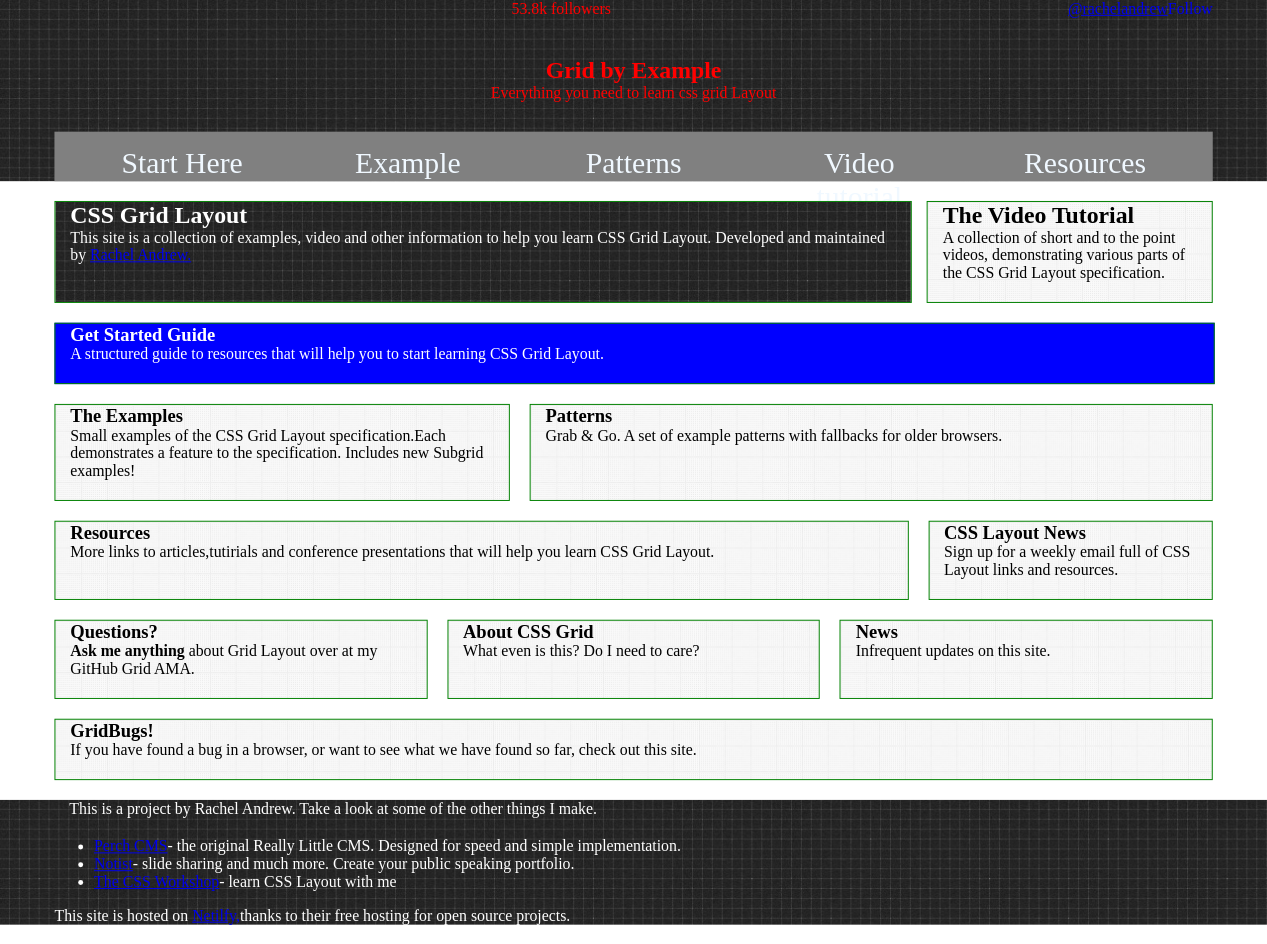
Repository: sitikhusushan/grid
Page: index.html
The author's editor kept a copy of each file at every save. The page is drawn from the files as they stood at one save, then again after the next save.
The browser window is 1280 px wide. The pictures show the whole page, at 99% of full size.

Above is the page before, as saved 2020-05-13 18:38:53.

### index.html
<!DOCTYPE html>
<html lang="en">
  <head>
    <meta charset="UTF-8" />
    <meta name="viewport" content="width=device-width, initial-scale=1.0" />
    <title>Grid View</title>
    <link rel="stylesheet" href="style.css" />
  </head>
  <body>
    <header>
    <div class="header">
      <div class="container">
        <div class="balance">
          <div class="social">
            <a href="#"><i class="fab fa-twitter"></i>
            <span> Follow <a href="#">@rachelandrew</a>
           53.8k followers</span>
          </a>
          </div>
          <div class="top">
        <h2>Grid by Example</h2>
        <p>Everything you need to learn css grid Layout</p>
        </div>
        </div>
        <ul>
          <li>Start Here</li>
          <li>Example</li>
          <li>Patterns</li>
          <li>Video tutorial</li>
          <li>Resources</li>
        </ul>
      </div>
    </div>
    </header>
    <div class="layout">
      <div class="container">
        <div class="layouts">
        <div class="left">
          <h2>CSS Grid Layout</h2>
          <p>
            This site is a collection of examples, video and other information
            to help you learn CSS Grid Layout. Developed and maintained by
            <a href="#">Rachel Andrew.</a>
          </p>
        </div>
        <div class="right">
          <h2>The Video Tutorial</h2>
          <p>
            A collection of short and to the point videos, demonstrating various
            parts of the CSS Grid Layout specification.
          </p>
        </div>
      </div>
    </div>
    </div>
    <div class="guide ">
      <div class="container">
        <div class="guides">
        <h3>Get Started Guide</h3>
        <p>
          A structured guide to resources that will help you to start learning
          CSS Grid Layout.
        </p>
      </div>
      </div>
    </div>
    <div class="new">
      <div class="container">
        <div class="news">
        <div class="left">
          <h3>The Examples</h3>
          <p>
            Small examples of the CSS Grid Layout specification.Each
            demonstrates a feature to the specification. Includes new Subgrid
            examples!
          </p>
        </div>
        <div class="right">
          <h3>Patterns</h3>
          <p>
            Grab & Go. A set of example patterns with fallbacks for older
            browsers.
          </p>
        </div>
      </div>
    </div>
    </div>
    <div class="resources">
      <div class="container">
        <div class="rs">
        <div class="left">
          <h3>Resources</h3>
          <p>
            More links to articles,tutirials and conference presentations that
            will help you learn CSS Grid Layout.
          </p>
        </div>
        <div class="right">
          <h3>CSS Layout News</h3>
          <p>
            Sign up for a weekly email full of CSS Layout links and resources.
          </p>
        </div>
      </div>
    </div>
    </div>
    <div class="question">
      <div class="container">
        <div class="qs">
        <div class="left">
          <h3>Questions?</h3>
          <p>
            <b>Ask me anything</b> about Grid Layout over at my GitHub Grid AMA.
          </p>
        </div>
        <div class="middle">
          <h3>About CSS Grid</h3>
          <p>What even is this? Do I need to care?</p>
        </div>
        <div class="right">
          <h3>News</h3>
          <p>Infrequent updates on this site.</p>
        </div>
      </div>
      </div>
    </div>
    <div class="bugs">
      <div class="container">
        <div class="bug">
        <h3>GridBugs!</h3>
        <p>
          If you have found a bug in a browser, or want to see what we have
          found so far, check out this site.
        </p>
      </div>
    </div>
    </div>
  <footer>
    <div class="foo">
      <div class="container">
      <p>This is a project by Rachel Andrew. Take a look at some of the other things I make.
        <ul>
          <li><a href="#">Perch CMS</a>- the original Really Little CMS. Designed for speed and simple implementation.</li>
          <li><a href="#">Notist</a>- slide sharing and much more. Create your public speaking portfolio.</li>
          <li><a href="#">The CSS Workshop</a>- learn CSS Layout with me</li>
        </ul>
        This site is hosted on <a href="#">Netilfy,</a>thanks to their free hosting for open source projects.
      </p>
      </div>
    </div>
  </footer>
  </body>
</html>

### style.css
body {
  padding: 0px;
  margin: 0px;
}

.container {
  width: 1170px;
  margin-left: auto;
  margin-right: auto;
  max-width: 100%;
  padding-left: 15px;
  padding-right: 15px;
}

/* .social {
  float: right;
  margin-bottom: 50px;
} */

img {
  width: 15px;
  height: 15px;
  margin: 0px;
  padding: 0px;
}

.social p {
  border-radius: 5px;
  border: salmon 1px solid;
  background-color: whitesmoke;
}

/* * {
  -webkit-box-sizing: border-box;
  -moz-box-sizing: border-box;
  box-sizing: border-box;
} */

.header {
  background-image: url("image/inflicted.png");
  color: aliceblue;
}

.balance {
  text-align: center;
  color: red;
}

/* .top {
  position: initial;
  top: 50%;
  left: 50%;
  transform: translate(-50%, -50%);
} */
.balance h2 {
  padding-top: 40px;
}
/* .header ul {} */

/*
.header .container {
  margin: 0px;
  padding: 0px;
} */

.header ul {
  list-style: none;
  display: grid;
  grid-template-columns: repeat(5, 1fr);
  grid-gap: 50px;
  font-size: 30px;
  grid-auto-rows: 50px;
  margin-bottom: auto;
  text-align: center;
  background-color: grey;
  padding-right: 40px;
}
.header li {
  padding: 15px;
}

.social a {
  float: right;
}

span {
  float: left;
  /* padding-bottom: 50px; */
}

.header li:hover {
  background-color: black;
}

.layout .left {
  background-image: url("image/inflicted.png");
  color: #ffffff;
}

.right {
  background-image: url("image/tiny_grid.png");
}

.guides {
  width: 100%;
  background-color: blue;
  color: #ffffff;
  border: solid 1px green;
}

.left {
  background-image: url("image/tiny_grid.png");
}

.middle {
  background-image: url("image/tiny_grid.png");
}

.bug {
  background-image: url("image/tiny_grid.png");
  margin-bottom: 20px;
  border: solid 1px green;
}

footer {
  background-image: url("image/inflicted.png");
  color: #ffffff;
}

.layouts {
  display: grid;
  grid-template-columns: 3fr 1fr;
  grid-gap: 15px;
  margin-top: 20px;
  margin-bottom: 20px;
}

.layouts > div,
.news > div,
.rs > div,
.qs > div {
  border: solid 1px green;
}

.news {
  display: grid;
  grid-template-columns: 2fr 3fr;
  grid-gap: 20px;
  margin-top: 20px;
  margin-bottom: 20px;
}

.rs {
  display: grid;
  grid-template-columns: 3fr 1fr;
  grid-gap: 20px;
}

.qs {
  display: grid;
  grid-template-columns: 1fr 1fr 1fr;
  grid-gap: 20px;
  margin-top: 20px;
  margin-bottom: 20px;
}

h3,
p,
h2 {
  margin: 0px;
  padding-left: 15px;
  padding-right: 15px;
}

p {
  margin-bottom: 20px;
}

After the next save:
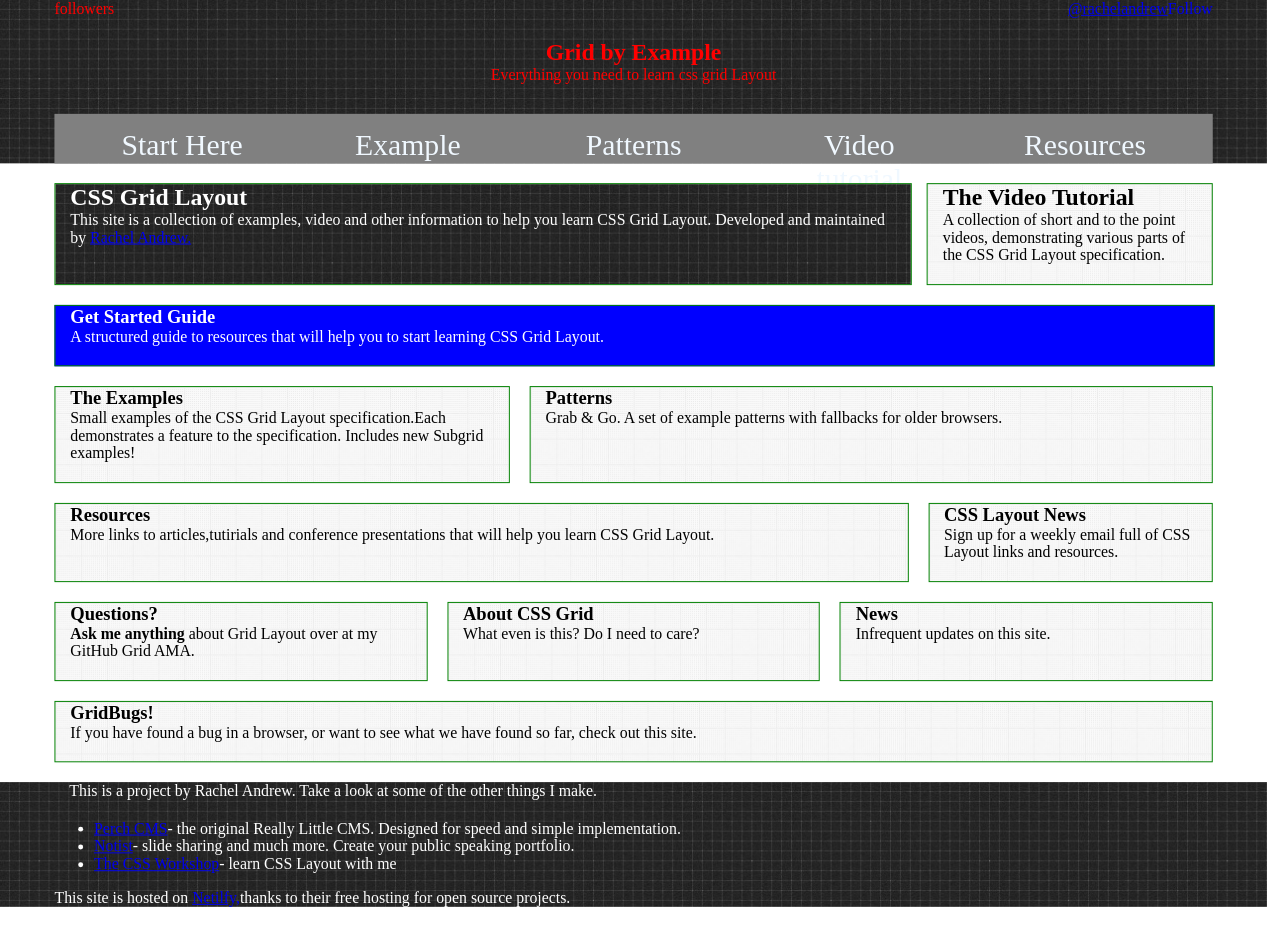
Saved 89 s later.
--- a/index.html
+++ b/index.html
@@ -13,8 +13,8 @@
         <div class="balance">
           <div class="social">
             <a href="#"><i class="fab fa-twitter"></i>
-            <span> Follow <a href="#">@rachelandrew</a>
-           53.8k followers</span>
+            <span> Follow</span> <a href="#">@rachelandrew</a>
+           <span> followers</span>
           </a>
           </div>
           <div class="top">
